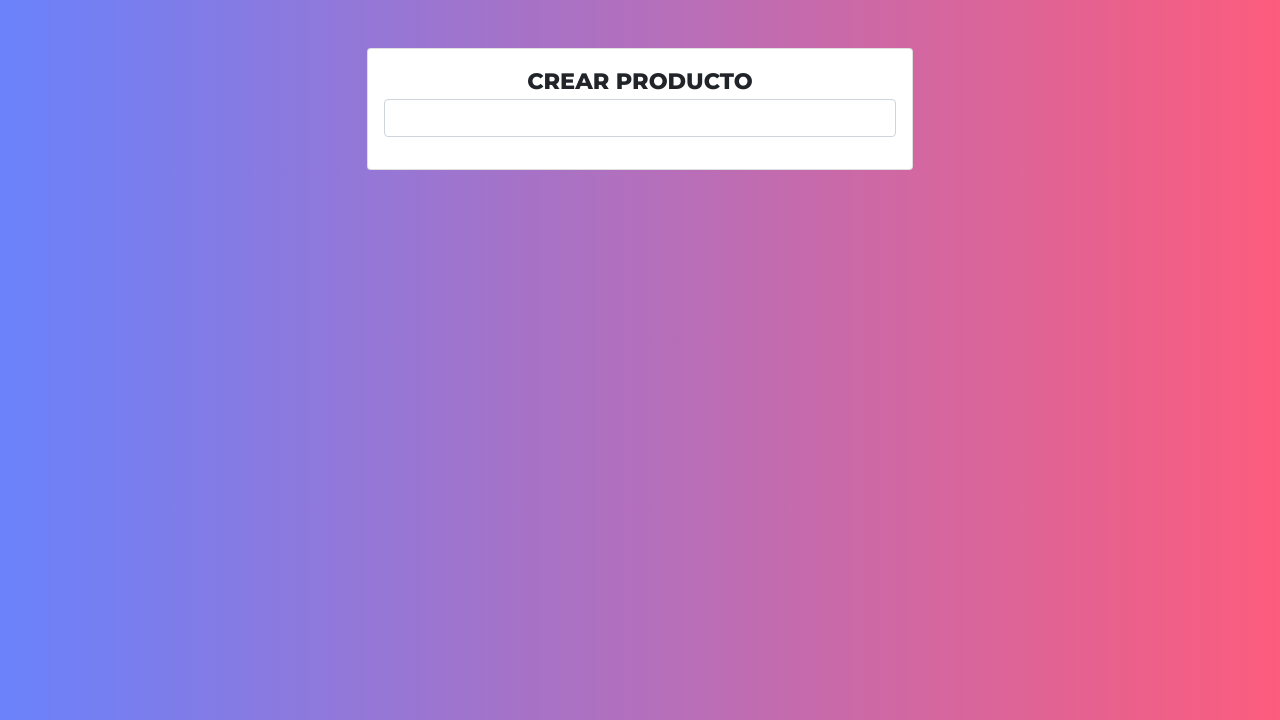
Repository: vivianaleivagalvez/crud_angular
Page: /crear-producto
These files come from the project's save history. The page is drawn as it stood at one moment and after the next save; the edit follows.
The browser window is 1280 px wide. The pictures show the whole page.
The project was rebuilt for these pictures with package versions that can differ from the ones it lists, and the page was loaded fresh each time. Also part of the build but not shown: angular.json, src/app/components/listar-productos/listar-productos.component.ts.

Above is the page before, as saved 2022-01-27 09:57:54.

After the next save:
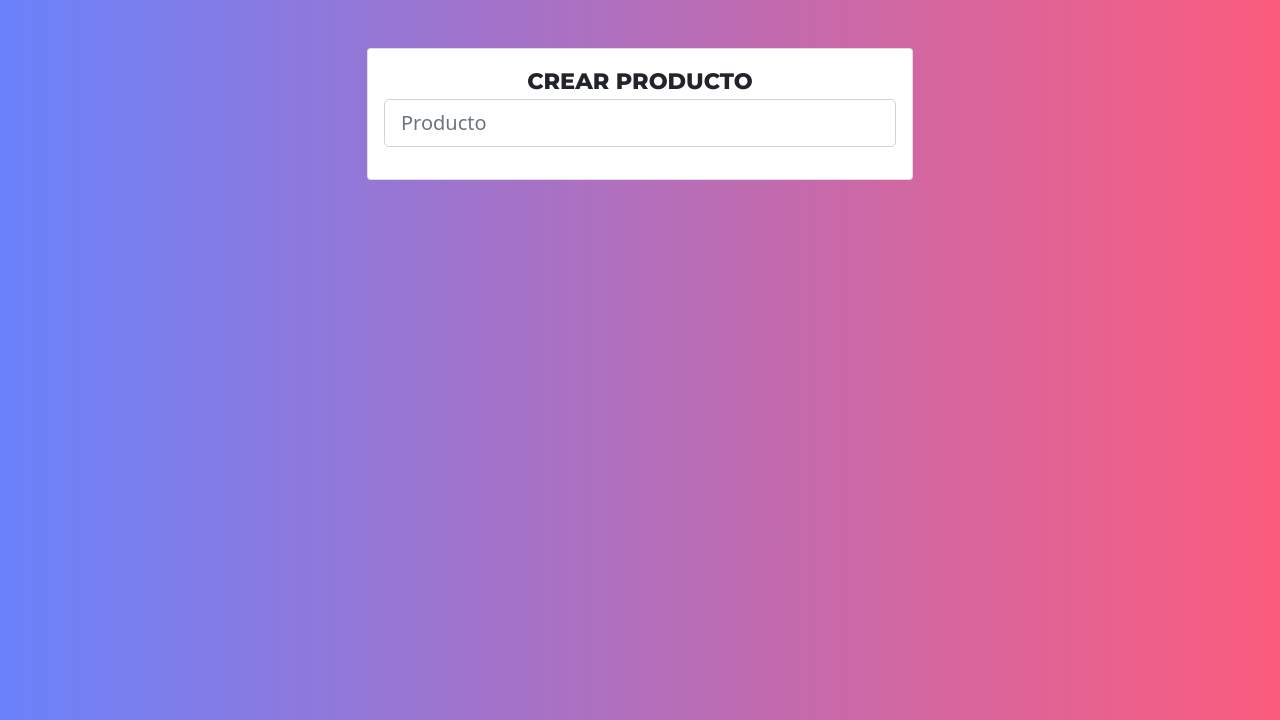
Saved 26 s later.
--- a/src/app/components/crear-producto/crear-producto.component.html
+++ b/src/app/components/crear-producto/crear-producto.component.html
@@ -6,7 +6,7 @@
           <span class="titulo">CREAR PRODUCTO</span>
           <form></form>
             <div class="mb-3">
-              <input type="email" class="form-control">
+              <input type="text" class="form-control form-control-lg" placeholder="Producto">
             </div>
         </div>
       </div>
